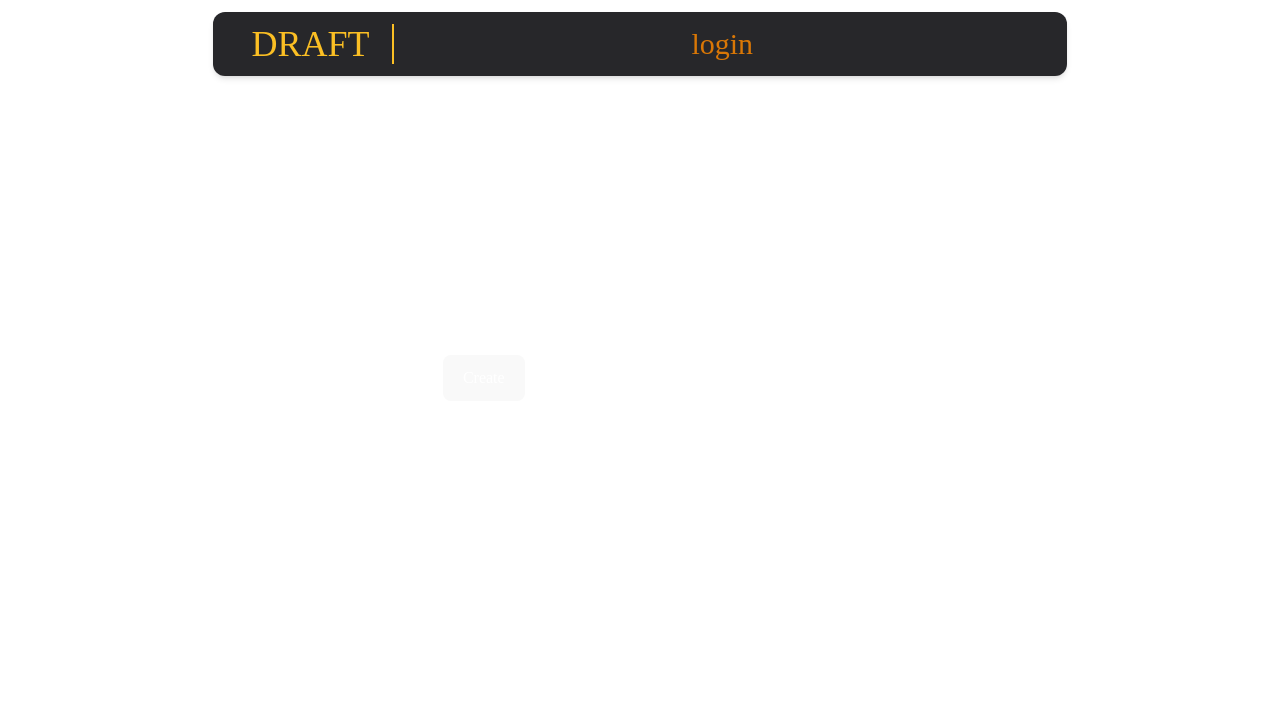
Repository: MehediMim/LeagueCrafter--Online-Auction-Platform-Project
Page: / (app in my-app/)
The author's editor kept a copy of each file at every save. The page is drawn from the files as they stood at one save, then again after the next save.
The browser window is 1280 px wide. The pictures show the whole page.
Some web fonts or font styles are not loaded; a fallback is used. The project was rebuilt for these pictures with package versions that can differ from the ones it lists, and the page was loaded fresh each time. Also part of the build but not shown: my-app/vite.config.js, my-app/src/pages/Dashboard.jsx, my-app/src/pages/Login.jsx.

Above is the page before, as saved 2025-05-25 02:00:16.

### my-app/src/main.jsx
import { StrictMode } from 'react'
import { createRoot } from 'react-dom/client'
import React from 'react';
import ReactDOM from 'react-dom/client';
import './index.css'
import App from './App.jsx'
import { Auth0Provider } from '@auth0/auth0-react';
console.log("HELLO WORLD");
console.log('Domain:', import.meta.env.VITE_AUTH0_DOMAIN);
console.log('Client ID:', import.meta.env.VITE_AUTH0_CLIENT_ID);
console.log("HELLO WORLD");

ReactDOM.createRoot(document.getElementById('root')).render(
<React.StrictMode>
  <Auth0Provider
    domain={import.meta.env.VITE_AUTH0_DOMAIN}
    clientId={import.meta.env.VITE_AUTH0_CLIENT_ID}
    authorizationParams={{

      redirect_uri: window.location.origin,
      audience: import.meta.env.VITE_AUTH0_AUDIENCE
    }}
  >
    <App />
  </Auth0Provider>
</React.StrictMode>
);

### my-app/src/index.css
@import url('https://fonts.googleapis.com/css2?family=Bebas+Neue&display=swap');
@import url('https://fonts.googleapis.com/css2?family=Raleway:wght@400;700&display=swap');
@import url('https://fonts.googleapis.com/css2?family=Jaro&display=swap');
@import url('https://fonts.googleapis.com/css2?family=WDXL+Lubrifont+TC&display=swap');


@tailwind base;
@tailwind components;
@tailwind utilities;



:root {
  font-family: system-ui, Avenir, Helvetica, Arial, sans-serif;
  line-height: 1.5;
  font-weight: 400;

  color-scheme: light dark;
  color: rgba(255, 255, 255, 0.87);
  background-color: #242424;

  font-synthesis: none;
  text-rendering: optimizeLegibility;
  -webkit-font-smoothing: antialiased;
  -moz-osx-font-smoothing: grayscale;
}

a {
  font-weight: 500;
  color: #646cff;
  text-decoration: inherit;
}
a:hover {
  color: #535bf2;
}

body {
  margin: 0;
  display: flex;
  place-items: center;
  min-width: 320px;
  min-height: 100vh;
}

h1 {
  font-size: 3.2em;
  line-height: 1.1;
}

button {
  border-radius: 8px;
  border: 1px solid transparent;
  padding: 0.6em 1.2em;
  font-size: 1em;
  font-weight: 500;
  font-family: inherit;
  background-color: #1a1a1a;
  cursor: pointer;
  transition: border-color 0.25s;
}
button:hover {
  border-color: #646cff;
}
button:focus,
button:focus-visible {
  outline: 4px auto -webkit-focus-ring-color;
}

@media (prefers-color-scheme: light) {
  :root {
    color: #213547;
    background-color: #ffffff;
  }
  a:hover {
    color: #747bff;
  }
  button {
    background-color: #f9f9f9;
  }
}

### my-app/src/App.jsx
import { BrowserRouter, Routes, Route } from "react-router-dom";
import Navbar from "./components/Navbar";
import Home from "./pages/Home";
import Dashboard from "./pages/Dashboard";
import Login from "./pages/Login";


export default function App() {
  return (
    <BrowserRouter>
      <Navbar />
      <Routes>
        <Route path="/" element={<Home />} />
        <Route path="/dashboard" element={<Dashboard />} />
        <Route path="/login" element={<Login />} />
        {/* <Route path="/auction" element={<AuctionRoom />} /> */}
        {/* <Route path="*" element={<NotFound />} /> */}
      </Routes>
    </BrowserRouter>
  );
}

### my-app/src/components/Navbar.jsx
import { Link } from "react-router-dom";
import { useAuth0 } from "@auth0/auth0-react";

export default function Navbar(params) {

  const { user, isAuthenticated, isLoading, loginWithRedirect, logout } = useAuth0();

  return (
    <div className="h-16 w-screen absolute top-3 z-50 flex justify-center">
      <div className="w-2/3 flex justify-center">
        <div className="bg-zinc-800 shadow-md p-4 rounded-xl w-full flex items-center">
          {/* <div className="w-auto h-auto rounded-xl m-4 flex p-4"> */}
          <div className="w-1/4 border-r-2 border-amber-400 flex justify-center">
            <Link to="/"><h1 className="font-jaro text-4xl text-amber-400 hover:text-white">DRAFT</h1></Link>
          </div>
          <div className="w-full flex justify-evenly   items-center">
            {/* <Link to="/" className="text-amber-600 hover:text-white"><h1 className="text-3xl font-jaro">home</h1></Link> */}
            {/* <Link className="text-amber-600 hover:text-white"><h1 className="text-3xl font-jaro">registrations</h1></Link> */}
            {!isAuthenticated && <Link to="/login" className="text-amber-600 hover:text-white"><h1 className="text-3xl  font-jaro">login</h1></Link>}
            {isAuthenticated && <Link to="/dashboard" className="text-amber-600 hover:text-white"><h1 className="text-3xl  font-jaro">dashboard</h1></Link>}

          </div>
          {/* </div> */}
        </div>
        {isAuthenticated && <div className=" h-16 w-16  ml-3 group cursor-pointer relative">


          <div className="rounded-full border-amber-600 border-4 h-16 w-16">
            <img src={user.picture} className="rounded-full"></img>
          </div>

          <div className="absolute top-10 left-36 -translate-x-1/2  bg-zinc-800 text-white rounded-xl p-4 shadow-lg hidden group-hover:block z-50">
            <p className="text-lg font-bold font-raleway text-left">{user.name}</p>
            <p className="text-lg  font-kanit text-center font-raleway">{user.email}</p>
            <button
              onClick={() => logout({ returnTo: window.location.origin })}
              className="mt-3 w-full px-4 py-2 text-smbg rounded hover:bg-white  hover:text-black transition font-kanit"
            >
              Logout
            </button>
          </div>


        </div>
        }
      </div>
    </div>
  )
};

### my-app/src/pages/Home.jsx
import {bg} from "../assets/bg1.png"
export default function Home(params) {
    return (
        <div>
        <div className="w-screen h-auto absolute top-0 left-0">
            <img src={bg}></img>
        </div>
        <div className="flex justify-center item-center w-screen">
            <div className="justify-start flex flex-col">
                <div>
                    <h1 className="text-xl font-raleway text-white font-bold">Your Squad, Your Strategy — Build It Live!</h1>
                </div>
                <div className="flex justify-start pt-2">
                <button className="font-jaro text-white hover:bg-white hover:text-black">Create</button>
                </div>
            </div>
        </div>
        </div>
    )
};

### my-app/tailwind.config.js
/** @type {import('tailwindcss').Config} */
export default {
  content: [
    "./index.html",
    "./src/**/*.{js,ts,jsx,tsx}",
  ],
  theme: {
    extend: {
      fontFamily: {
        bebas: ['"Bebas Neue"', 'cursive'],
        raleway: ['Raleway', 'sans-serif'],
        jaro: ['Jaro', 'cursive'],
        lubrifont: ['Lubrifont', 'sans-serif'],
      },
    },
  },
  plugins: [],
}

Loaded but not shown: my-app/index.html (common file)

After the next save:
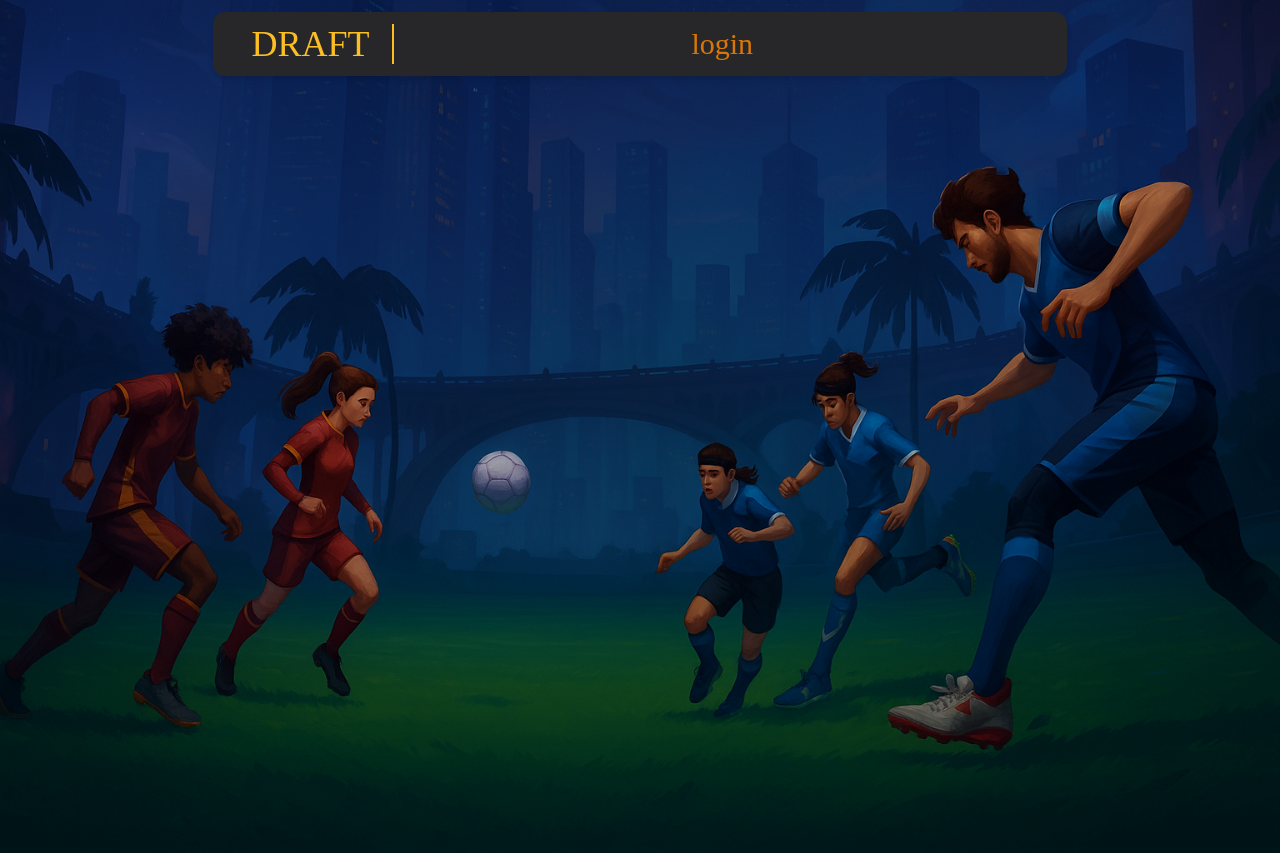
Saved 53 s later.
--- a/my-app/src/pages/Home.jsx
+++ b/my-app/src/pages/Home.jsx
@@ -1,4 +1,4 @@
-import {bg} from "../assets/bg1.png"
+import bg from "../assets/bg1.png"
 export default function Home(params) {
     return (
         <div>
